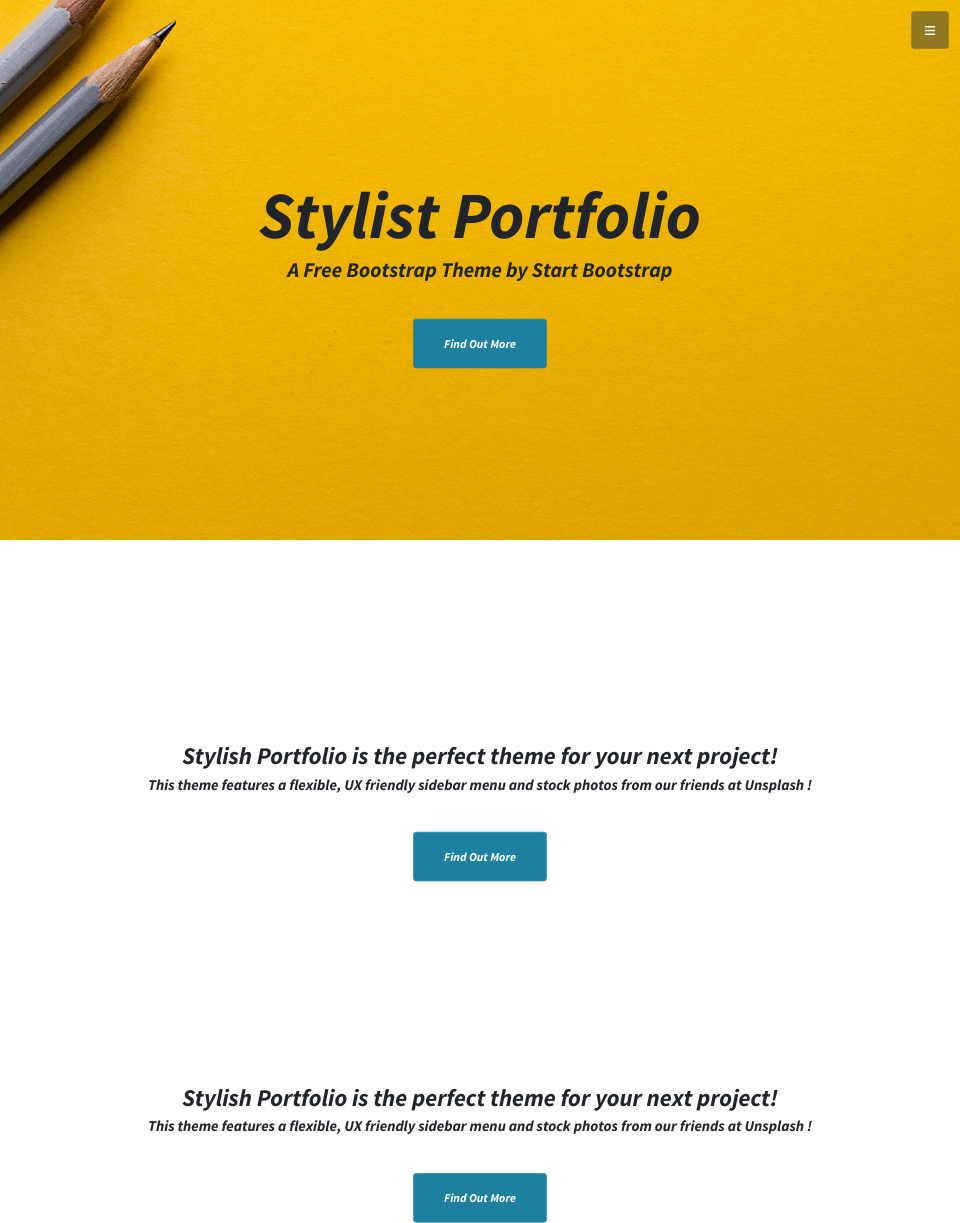
Repository: hoangpino/VE_FE_FrameWork_005
Page: lab06/index.html
The author's editor kept a copy of each file at every save. The page is drawn from the files as they stood at one save, then again after the next save.
The browser window is 1280 px wide. The pictures show the whole page, at 75% of full size.

Above is the page before, as saved 2021-10-02 20:15:56.

After the next save:
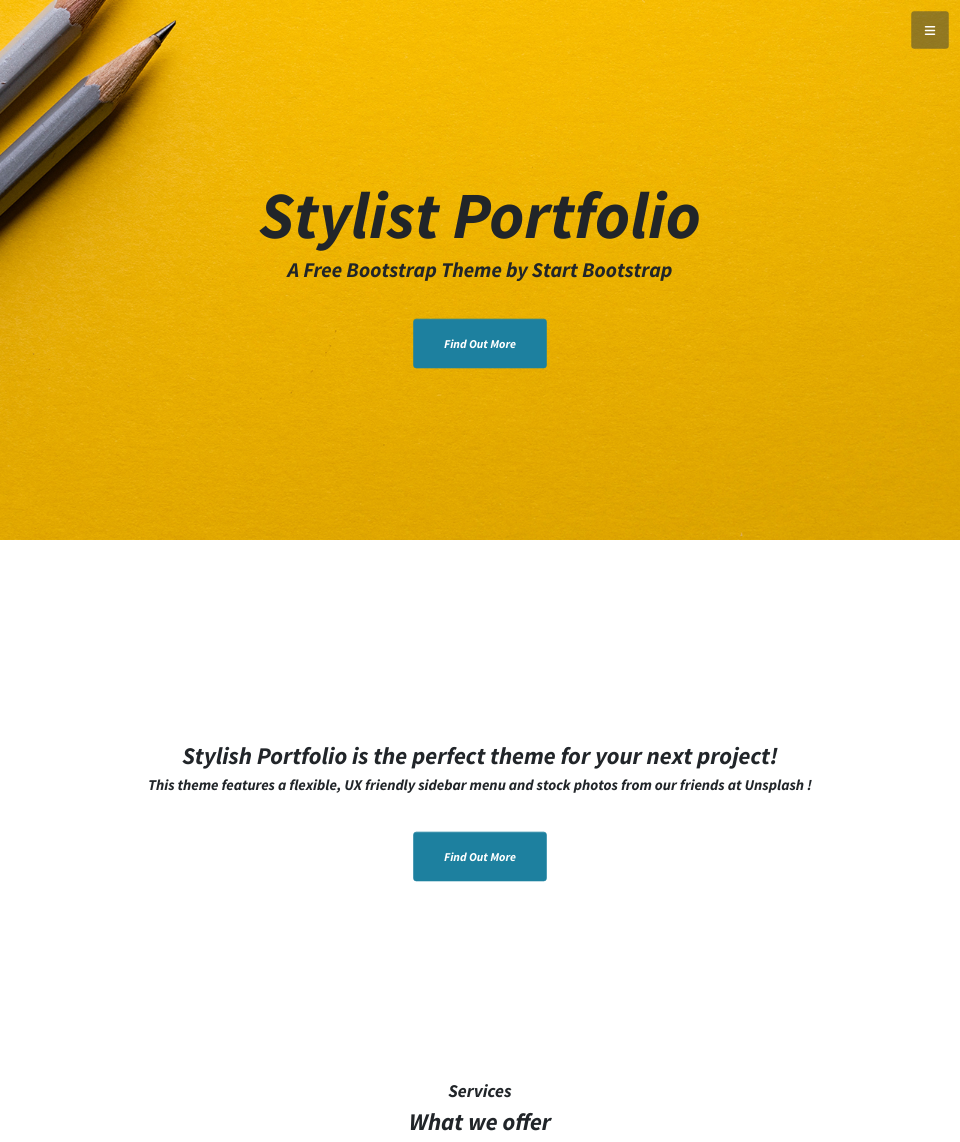
Saved 117 s later.
--- a/lab06/index.html
+++ b/lab06/index.html
@@ -66,10 +66,10 @@
     <!-- Services -->
     <section class="d-flex align-items-center" id="services">
         <div class="container text-center">
-            <h2 class="m-1">Stylish Portfolio is the perfect theme for your next project!</h2>
-            <p class="mb-5">This theme features a flexible, UX friendly sidebar menu and stock
-                photos from our friends at Unsplash !</p>
-            <a href="" class="btn btn-primary btn-xl">Find Out More</a>
+            <div class="section-header">
+                <h4>Services</h4>
+                <h2>What we offer</h2>
+            </div>
         </div>
     </section>
 
